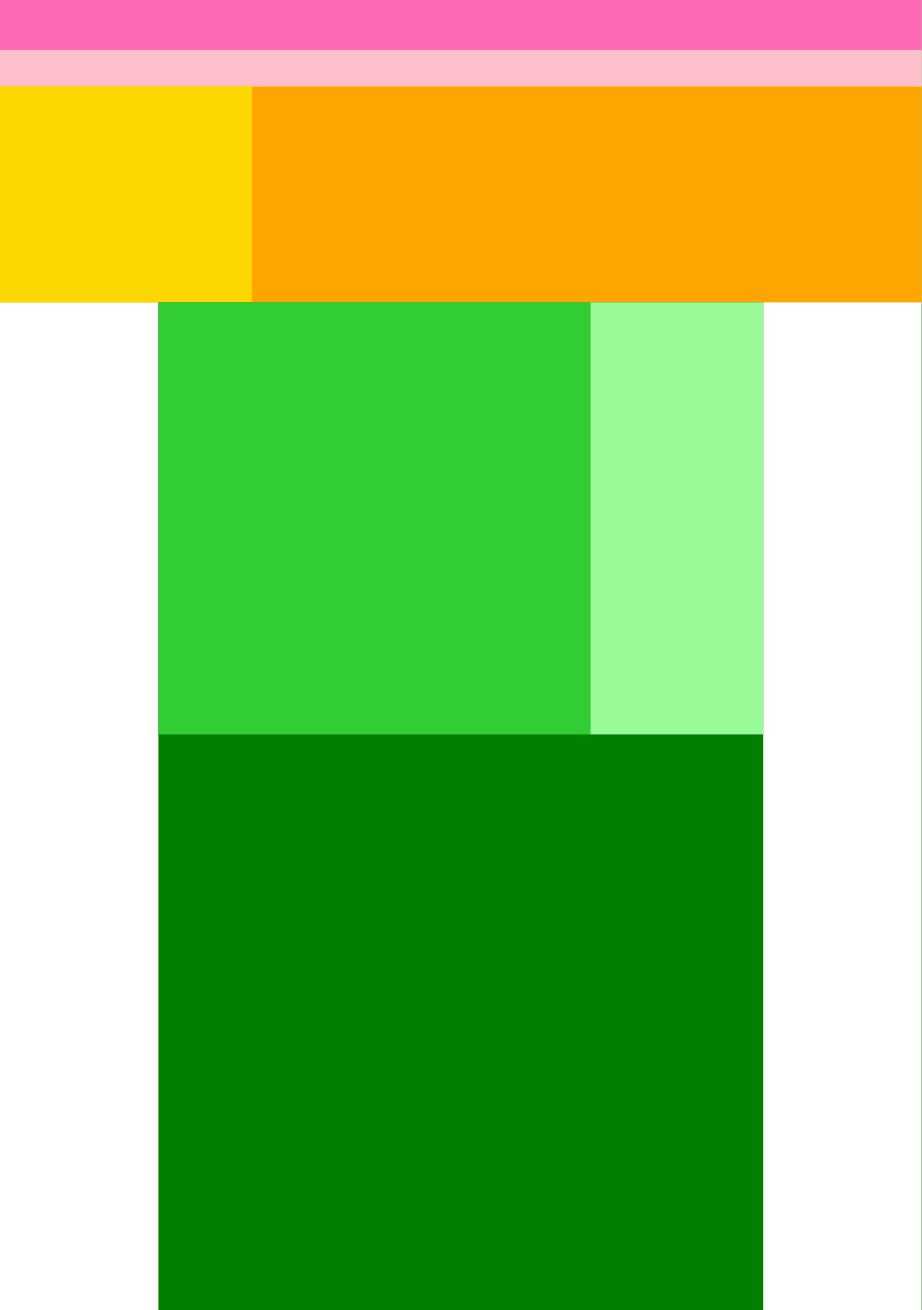
Repository: YabuYoshi/Bookers1
Page: carvan/index.html
The author's editor kept a record of every edit. The page is drawn from the files as they stood at one moment, then again after the next edit.
The browser window is 1280 px wide. The pictures show the whole page, at 72% of full size.

Above is the page before.

After the next edit:
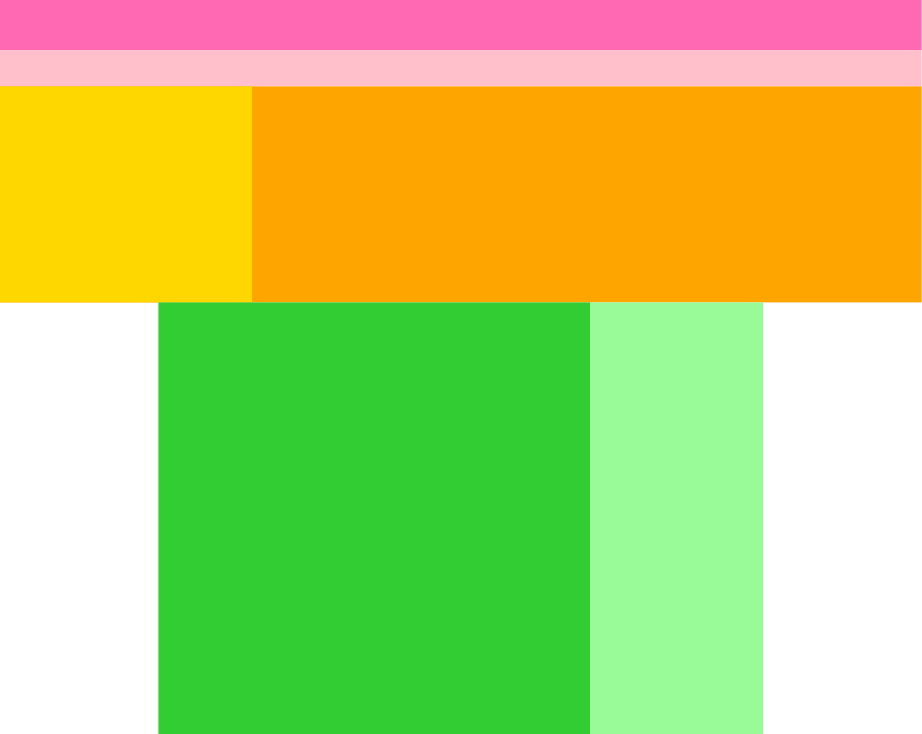
The edit:
--- a/carvan/style.css
+++ b/carvan/style.css
@@ -36,8 +36,6 @@
 
 .main {
   width: 840px;
-  height: 1400px;
-  background-color: green;
   display: flex;
   justify-content: center;
   margin: 0 auto;
